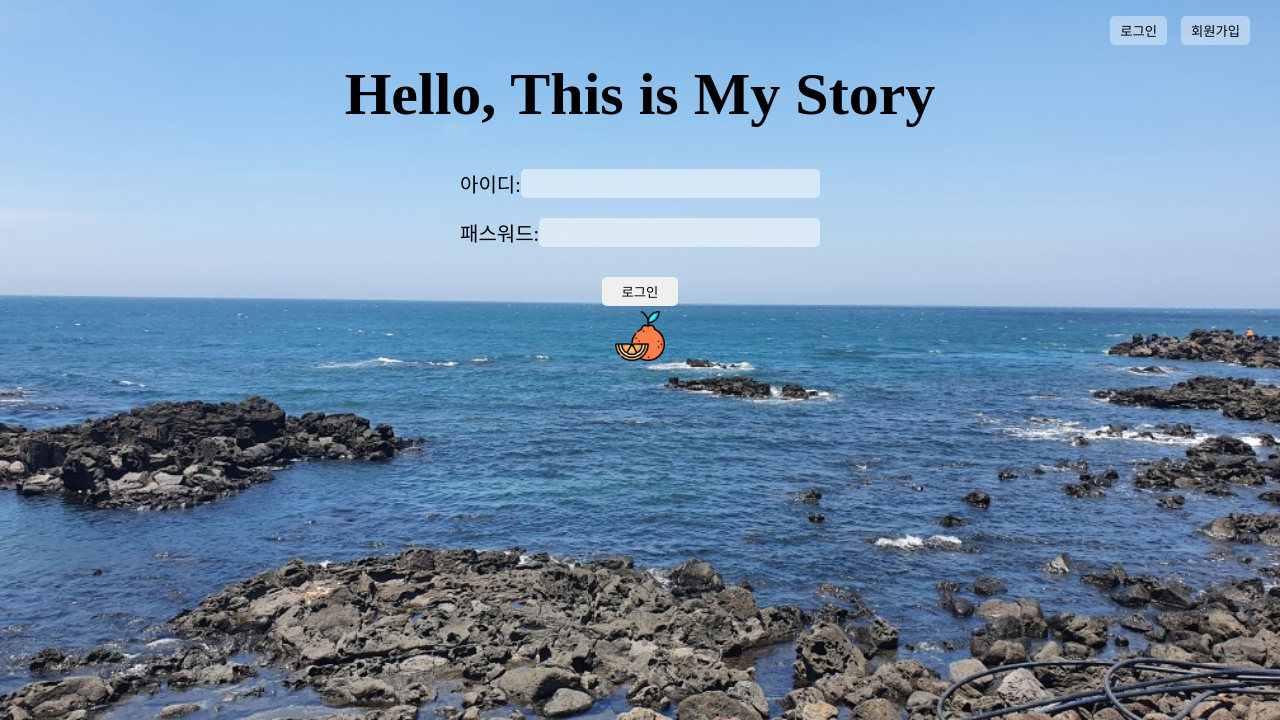
Repository: jeeniii/test2022_12_29
Page: http://localhost/portfolio/mem/login
The author's editor kept a copy of each file at every save. The page is drawn from the files as they stood at one save, then again after the next save.
The browser window is 1280 px wide. The pictures show the whole page.
The page is served by Tomcat 9. Other server files are loaded and not shown.

Above is the page before, as saved 2022-12-13 08:20:46.

### JSP_Portfolio/portfolio/src/main/webapp/member/login.jsp
<%@ page language="java" contentType="text/html; charset=UTF-8"
    pageEncoding="UTF-8"%>
<!DOCTYPE html>
<html>
<head>
<meta charset="UTF-8">
<title>Insert title here</title>
<link rel="stylesheet" href="/resources/css/login.css" type="text/css">
<%@ include file="/header.jsp" %>
</head>
<body>
<form action="/mem/login_auth" method="post">
<div class="l_put">
	<span>아이디:</span>
	 <input type="text" name="id">
</div>
<div class="l_put">
	<span>패스워드:</span>
	 <input type="password" name="pwd">
</div>
<div class="btndiv">
	<button type="submit" id="login">로그인</button>
</div>
</form>
<section>
</section>
<%@ include file="/footer.jsp" %>
</body>
</html>

### JSP_Portfolio/portfolio/src/main/webapp/header.jsp
<%@ page language="java" contentType="text/html; charset=UTF-8"
    pageEncoding="UTF-8"%>
    <%@ taglib uri="http://java.sun.com/jsp/jstl/core" prefix="c" %>
<!DOCTYPE html>
<html>
<head>
<meta charset="UTF-8">

<link rel="stylesheet" href="/resources/css/header.css" type="text/css">
</head>
<body>
	<header>
		<div class="realHeader">
			<div class="headbar">
				<ul>

					<c:if test="${ses.id ne null }">
						<li>
							${ses.nick_name }님
						</li>
						<li>
							<a href="/mem/logout?id=${ses.id }"><button type="button">로그아웃</button></a>
						</li>
						<li>
							<a href="/mem/modify?id=${ses.id }"><button type="button">회원정보수정</button></a>
						</li>
					</c:if>

					<c:if test="${ses.id eq null }">
						<li>
							<a href="/mem/login"><button type="button">로그인</button></a>
						</li>
						<li>
							<a href="/mem/join"><button type="button"> 회원가입</button></a>
						</li>
					</c:if>
				</ul>
			</div>
		</div>
		<div class="topic">
			<h1>Hello, This is My Story</h1>
		</div>
	</header>
</body>
</html>

### JSP_Portfolio/portfolio/src/main/webapp/footer.jsp
<%@ page language="java" contentType="text/html; charset=UTF-8"
    pageEncoding="UTF-8"%>
    <%@ taglib uri="http://java.sun.com/jsp/jstl/core" prefix="c" %>
<!DOCTYPE html>
<html>
<head>
<meta charset="UTF-8">
<title>Insert title here</title>
<link rel="stylesheet" href="/resources/css/footer.css" type="text/css">
</head>
<body>
<footer>
		<a href="/" id="hanlabtn"><button type="button"><img src="/resources/한라봉.png" id="hanlabong"></button></a>
</footer>
</body>
</html>

### JSP_Portfolio/portfolio/src/main/java/controller/MemberController.java
package controller;

import java.io.IOException;
import java.util.List;

import javax.servlet.RequestDispatcher;
import javax.servlet.ServletException;
import javax.servlet.annotation.WebServlet;
import javax.servlet.http.HttpServlet;
import javax.servlet.http.HttpServletRequest;
import javax.servlet.http.HttpServletResponse;
import javax.servlet.http.HttpSession;

import org.slf4j.Logger;
import org.slf4j.LoggerFactory;

import domain.MemberVO;
import service.MemberService;
import service.MemberServiceImpl;

@WebServlet("/mem/*")
public class MemberController extends HttpServlet {
	private static final long serialVersionUID = 1L;
	private Logger log=LoggerFactory.getLogger(MemberController.class);
    private MemberService msv;
    private RequestDispatcher rdp;
    private String destPage;
    private int isOk;

    public MemberController() {
    	msv=new MemberServiceImpl();
    }

	protected void service(HttpServletRequest req, HttpServletResponse res) throws ServletException, IOException {
		req.setCharacterEncoding("utf-8");
		res.setCharacterEncoding("utf-8");
		res.setContentType("text/html; charset=utf-8");

		String uri=req.getRequestURI();
		String path=uri.substring(uri.lastIndexOf("/")+1);
		log.info("uri>> "+uri);
		log.info("path>> "+path);

		switch(path) {
		case "login":
			destPage="/member/login.jsp";
			break;

		case "join":
			destPage="/member/join.jsp";

			break;

		case "register":
			try {
				log.info("register check1");
				MemberVO mvo=new MemberVO(
						req.getParameter("id"),
						req.getParameter("pwd"),
						req.getParameter("nick_name"),
						req.getParameter("phone"),
						req.getParameter("addr1")+req.getParameter("addr2"));
				System.out.println(mvo.getId()=="");
				System.out.println(mvo.getPwd()=="");
				System.out.println(mvo.getNick_name()=="");
				System.out.println(mvo.getPhone()=="");
				if(
						mvo.getId()==""||
						mvo.getPwd()==""||
						mvo.getNick_name()==""||
						mvo.getPhone()=="") {
					log.info("Resend check");
					req.setAttribute("msg_register", false);
					//res.sendRedirect("/");
					destPage="/";
					//return;
				}else {
					isOk=msv.register(new MemberVO(
							req.getParameter("id"),
							req.getParameter("pwd"),
							req.getParameter("nick_name"),
							req.getParameter("phone"),
							req.getParameter("addr1").concat(", ").concat(req.getParameter("addr2"))));
					//concate으로 addr1과 addr2를 이어 붙이면서 그 가운데에 ", "도 더해준다.
					if(isOk>0) {
						req.setAttribute("msg_register", true);
					}
					log.info("register check4");
					destPage="/";
				}
			} catch (Exception e) {
				log.info("register error");
				e.printStackTrace();
			}
			break;

		case "login_auth": //실제 로그인이 일어나는 케이스
			try {
				MemberVO mvo=msv.login(new MemberVO(req.getParameter("id"),req.getParameter("pwd")));
				log.info("login check");
				if(mvo != null) {
					//세션 가져오기. 연결된 세션이 없다면 새로 생성
					HttpSession ses=req.getSession();
					//ses로 mvo를 바인딩
					ses.setAttribute("ses", mvo);
					ses.setMaxInactiveInterval(10*60);
					req.setAttribute("msg_login", true);
				}else {
					req.setAttribute("msg_login", false);
				}
				destPage="/";
			} catch (Exception e) {
				log.info("login_auth error");
				e.printStackTrace();
			}
			break;

		case "logout":
			try {
				HttpSession ses=req.getSession();
				ses.invalidate(); //무효화하다
				//로그인 정보 id를 주고 로그인 시간 update
				isOk=msv.lastLogin(req.getParameter("id"));
				log.info("check1");
				log.info("logout>> :"+(isOk>0?"Ok":"Fail"));
				destPage="/";
			} catch (Exception e) {
				log.info("logout error");
				e.printStackTrace();
			}
			break;

		case "list":
			try {
				log.info("list 1");
				List<MemberVO> list=msv.getList();
				req.setAttribute("list", list);
				log.info("list 4");
				destPage="/member/list.jsp";
			} catch (Exception e) {
				log.info("list error");
				e.printStackTrace();
			}
			break;

		case "modify":
			try {
				log.info("modify1");
				String id=req.getParameter("id");
				MemberVO mvo=msv.modify(id);
				req.setAttribute("mvo", mvo);
				log.info("modify4");
				destPage="/member/modify.jsp";
			} catch (Exception e) {
				log.info("modify error");
				e.printStackTrace();
			}
			break;

		case "update":
			try {
				log.info("update1");
				String id=req.getParameter("id");
				String pwd=req.getParameter("pwd");
				String nick_name=req.getParameter("nick_name");
				String phone=req.getParameter("phone");
				String addr=req.getParameter("addr1").concat(", ").concat(req.getParameter("addr2"));
				MemberVO mvo=new MemberVO(id,pwd,nick_name,phone,addr);
				isOk=msv.update(mvo);
				log.info("update4");
				if(isOk>0) {
					HttpSession ses=req.getSession();
					ses.setAttribute("ses", mvo);
					ses.setMaxInactiveInterval(10*60);
				}else {
					req.setAttribute("msg_update", 0);
				}
				log.info("controller update> "+(isOk>0?"ok":"fail"));
				destPage="/";
			} catch (Exception e) {
				log.info("update error");
				e.printStackTrace();
			}
			break;

		case "remove":
			try {
				log.info("remove1");
				String id=req.getParameter("id");
				HttpSession ses=req.getSession();
				ses.invalidate();
				isOk=msv.remove(id);
				destPage="/";
				log.info("remove4");
			} catch (Exception e) {
				log.info("remove error");
				e.printStackTrace();
				break;

			}
		default:
			break;
		}

		rdp=req.getRequestDispatcher(destPage);
		rdp.forward(req, res);
	}

	protected void doGet(HttpServletRequest request, HttpServletResponse response) throws ServletException, IOException {
		service(request, response);
	}

	protected void doPost(HttpServletRequest request, HttpServletResponse response) throws ServletException, IOException {
		service(request, response);
	}

}

### JSP_Portfolio/portfolio/src/main/java/service/MemberServiceImpl.java
package service;

import java.util.List;

import org.slf4j.Logger;
import org.slf4j.LoggerFactory;

import domain.MemberVO;
import repository.MemberDAO;
import repository.MemberDAOImpl;

public class MemberServiceImpl implements MemberService {
	private static final Logger log=LoggerFactory.getLogger(MemberServiceImpl.class);
	private MemberDAO mdao;

	public MemberServiceImpl() {
		mdao=new MemberDAOImpl();
	}

	@Override
	public int register(MemberVO mvo) {
		log.info("register check2");
		return mdao.insert(mvo);
	}

	@Override
	public MemberVO login(MemberVO mvo) {
		log.info("login check2");
		return mdao.selectOne(mvo);
	}

	@Override
	public int lastLogin(String id) {
		log.info("logout check2");
		return mdao.update(id);
	}

	@Override
	public List<MemberVO> getList() {
		log.info("list check2");
		return mdao.seletList();
	}

	@Override
	public MemberVO modify(String id) {
		log.info("modify check2");
		return mdao.modify(id);
	}

	@Override
	public int update(MemberVO mvo) {
		log.info("update check2");
		return mdao.update(mvo);
	}

	@Override
	public int remove(String id) {
		log.info("remove2");
		return mdao.delete(id);
	}

}

### JSP_Portfolio/portfolio/src/main/java/repository/MemberDAO.java
package repository;

import java.util.List;

import domain.MemberVO;

public interface MemberDAO {

	int insert(MemberVO mvo);

	MemberVO selectOne(MemberVO mvo);

	int update(String id);

	List<MemberVO> seletList();

	MemberVO modify(String id);

	int update(MemberVO mvo);

	int delete(String id);

}

### JSP_Portfolio/portfolio/src/main/java/repository/MemberDAOImpl.java
package repository;


import java.util.List;

import org.apache.ibatis.session.SqlSession;
import org.slf4j.Logger;
import org.slf4j.LoggerFactory;

import domain.MemberVO;
import orm.DataBaseBuilder;

public class MemberDAOImpl implements MemberDAO {
	private static final Logger log=LoggerFactory.getLogger(MemberDAOImpl.class);
	private SqlSession sql;
	private final String NS="MemberMapper.";

	public MemberDAOImpl() {
		new DataBaseBuilder();
		sql=DataBaseBuilder.getFactory().openSession();
	}

	@Override
	public int insert(MemberVO mvo) {
		log.info("check");
		int isOk=sql.insert(NS+"add",mvo);
		if(isOk>0) {
			sql.commit();
		}
		log.info("register check3");
		return isOk;
	}

	@Override
	public MemberVO selectOne(MemberVO mvo) {
		log.info("login check3");
		return sql.selectOne(NS+"login",mvo);
	}

	@Override
	public int update(String id) {
		int isOk=sql.update(NS+"last",id);
		if(isOk>0) {
			sql.commit();
		}
		log.info("logout check3");
		return isOk;
	}

	@Override
	public List<MemberVO> seletList() {
		log.info("list check3");
		return sql.selectList(NS+"list");
	}

	@Override
	public MemberVO modify(String id) {
		log.info("modify check3");
		return sql.selectOne(NS+"modify",id);
	}

	@Override
	public int update(MemberVO mvo) {
		int isOk=sql.update(NS+"update",mvo);
		if(isOk>0) {
			sql.commit();
		}
		log.info("update check3");
		return isOk;
	}

	@Override
	public int delete(String id) {
		log.info("remove3");
		int isOk=sql.delete(NS+"delete",id);
		if(isOk>0) {
			sql.commit();
		}
		return isOk;
	}

}

### JSP_Portfolio/portfolio/src/main/java/orm/DataBaseBuilder.java
package orm;

import org.apache.ibatis.io.Resources;
import org.apache.ibatis.session.SqlSessionFactory;
import org.apache.ibatis.session.SqlSessionFactoryBuilder;

public class DataBaseBuilder {
	private static SqlSessionFactory factory;

	static {
		try {
			factory=new SqlSessionFactoryBuilder().build(Resources.getResourceAsReader("orm/MybatisConfig.xml"));
		} catch (Exception e) {
			System.out.println("mybatis error");
			e.printStackTrace();
		}
	}
	public static SqlSessionFactory getFactory() {
		return factory;
	}

}

### JSP_Portfolio/portfolio/src/main/java/domain/MemberVO.java
package domain;

public class MemberVO {
	/*create table member3 (
	id varchar(100) not null,
	pwd varchar(100) not null,
	nick_name varchar(100) not null,
	reg_at datetime default current_timestamp,
	last_login datetime not null,
	primary key(id));*/
	private String id;
	private String pwd;
	private String nick_name;
	private String phone;
	private String addr;
	private String reg_at;
	private String last_login;

	public MemberVO() {}

	//login(id,pwd)
	public MemberVO(String id,String pwd) {
		this.id=id;
		this.pwd=pwd;
	}
	//join,modify(id,pwd,nick_name)
	public MemberVO(String id,String pwd,String nick_name,String phone,String addr) {
		this.id=id;
		this.pwd=pwd;
		this.nick_name=nick_name;
		this.phone=phone;
		this.addr=addr;
	}
	//list(all)
	public MemberVO(String id,String pwd,String nick_name,String phone,String addr,String reg_at,String last_login) {
		this.id=id;
		this.pwd=pwd;
		this.nick_name=nick_name;
		this.phone=phone;
		this.addr=addr;
		this.reg_at=reg_at;
		this.last_login=last_login;
	}

	public String getId() {
		return id;
	}

	public void setId(String id) {
		this.id = id;
	}

	public String getPwd() {
		return pwd;
	}

	public void setPwd(String pwd) {
		this.pwd = pwd;
	}

	public String getNick_name() {
		return nick_name;
	}

	public void setNick_name(String nick_name) {
		this.nick_name = nick_name;
	}

	public String getReg_at() {
		return reg_at;
	}

	public void setReg_at(String reg_at) {
		this.reg_at = reg_at;
	}

	public String getLast_login() {
		return last_login;
	}

	public void setLast_login(String last_login) {
		this.last_login = last_login;
	}

	public String getPhone() {
		return phone;
	}

	public void setPhone(String phone) {
		this.phone = phone;
	}

	public String getAddr() {
		return addr;
	}

	public void setAddr(String addr) {
		this.addr = addr;
	}

}

### JSP_Portfolio/portfolio/src/main/java/domain/BoardVO.java
package domain;

public class BoardVO {
	private int bno;
	private String title;
	private String writer;
	private String content;
	private String reg_date;
	private int read_count;
	private String image_file;

	public BoardVO() {}

	//insert(title,writer,content)
	public BoardVO(String title,String writer,String content) {
		this.title=title;
		this.writer=writer;
		this.content=content;
	}
	//list(bno,title,writer,reg_date,read_count)
	public BoardVO(int bno,String title,String writer,String reg_date,int read_count) {
		this.bno=bno;
		this.title=title;
		this.writer=writer;
		this.reg_date=reg_date;
		this.read_count=read_count;
	}
	//update(bno,title,content)
	public BoardVO(int bno,String title,String content) {
		this.bno=bno;
		this.title=title;
		this.content=content;
	}
	//count(bno,read_count)
	public BoardVO(int bno,int read_count) {
		this.bno=bno;
		this.read_count=read_count;
	}

	public int getBno() {
		return bno;
	}

	public void setBno(int bno) {
		this.bno = bno;
	}

	public String getTitle() {
		return title;
	}

	public void setTitle(String title) {
		this.title = title;
	}

	public String getWriter() {
		return writer;
	}

	public void setWriter(String writer) {
		this.writer = writer;
	}

	public String getContent() {
		return content;
	}

	public void setContent(String content) {
		this.content = content;
	}

	public String getReg_date() {
		return reg_date;
	}

	public void setReg_date(String reg_date) {
		this.reg_date = reg_date;
	}

	public int getRead_count() {
		return read_count;
	}

	public void setRead_count(int read_count) {
		this.read_count = read_count;
	}

	public String getImage_file() {
		return image_file;
	}

	public void setImage_file(String image_file) {
		this.image_file = image_file;
	}

}

### JSP_Portfolio/portfolio/src/main/java/domain/PagingVO.java
package domain;

public class PagingVO {
	private int pageNo;
	private int qty;

	public PagingVO() {
		this(1,5);
	}

	public PagingVO(int pageNo,int qty) {
		this.pageNo=pageNo;
		this.qty=qty;
	}

	public int getPageStart() {
		return (this.pageNo-1)*qty;
	}

	public void setPageNo(int pageNo) {
		this.pageNo = pageNo;
	}

	public int getQty() {
		return qty;
	}

	public void setQty(int qty) {
		this.qty = qty;
	}

	public int getPageNo() {
		return pageNo;
	}

}

### JSP_Portfolio/portfolio/src/main/webapp/resources/css/login.css
@charset "UTF-8";
form {
	width: 400px;
	margin: 0 auto;
	padding: 0px;
	margin-top: 30px;
}
.l_put{
	font-size: 20px;
	display: inline-flex;
	width: 100%;
	padding: 10px 20px;
}
.l_put>input{
	flex: 1 1 0%;
	border: 0px;
	padding: 5px 10px;
	border-radius: 5px;
	background-color: rgba(255, 255, 255, 0.503);
}
button[type="submit"]{
	border-radius: 5px;
	border: none;
	padding: 5px 20px;
}
.btndiv{
	margin-top:20px;
	width: 100%;
	display: flex;
	justify-content: center;
}

### JSP_Portfolio/portfolio/src/main/webapp/resources/css/header.css
@charset "UTF-8";
* {
    margin: 0;
    padding: 0;
    box-sizing: border-box;
}
body{
	width:100%;
	height:100%;
	background-image: url("/resources/제주 바다.jpg");
	background-repeat: no-repeat;
	background-size: cover;
}
.topic{
	text-align: center;
	font-size: 30px;
}
.realHeader{
	height: 60px;
}
.headbar{
	display: flex;
	align-items: center;
	float: right;
	padding: 0px 30px;
	height: 60px;
}
.headbar>ul{
    list-style-type: none;
}
.headbar>ul>li{
	display: inline;;
	margin-left: 10px;
	line-height: 30px;
	vertical-align: middle;
}
.headbar>ul>li>a{
	font-size: 20px;
	font-weight: 700px;
	color: black;
    text-decoration-line:none ;
}
button[type="button"]{
	border: 0px;
	padding: 5px 10px;
	border-radius: 5px;
	background-color: rgba(255, 255, 255, 0.377);
}

### JSP_Portfolio/portfolio/src/main/webapp/resources/css/footer.css
@charset "UTF-8";
#hanlabong{
    width: 50px;
    height: 50px;
}

#hanlabtn{
	background-color: transparent;
	border:none;
	cursor: pointer;
}
#hanlabtn button{
	background-color: transparent;
	border:none;
	cursor: pointer;

}
#hanlabtn:hover{
	transform:scale(1.5);
  	transition: transform .5s;
}
footer{
	width: 100%;
	display: flex;
	justify-content: center;
}

After the next save:
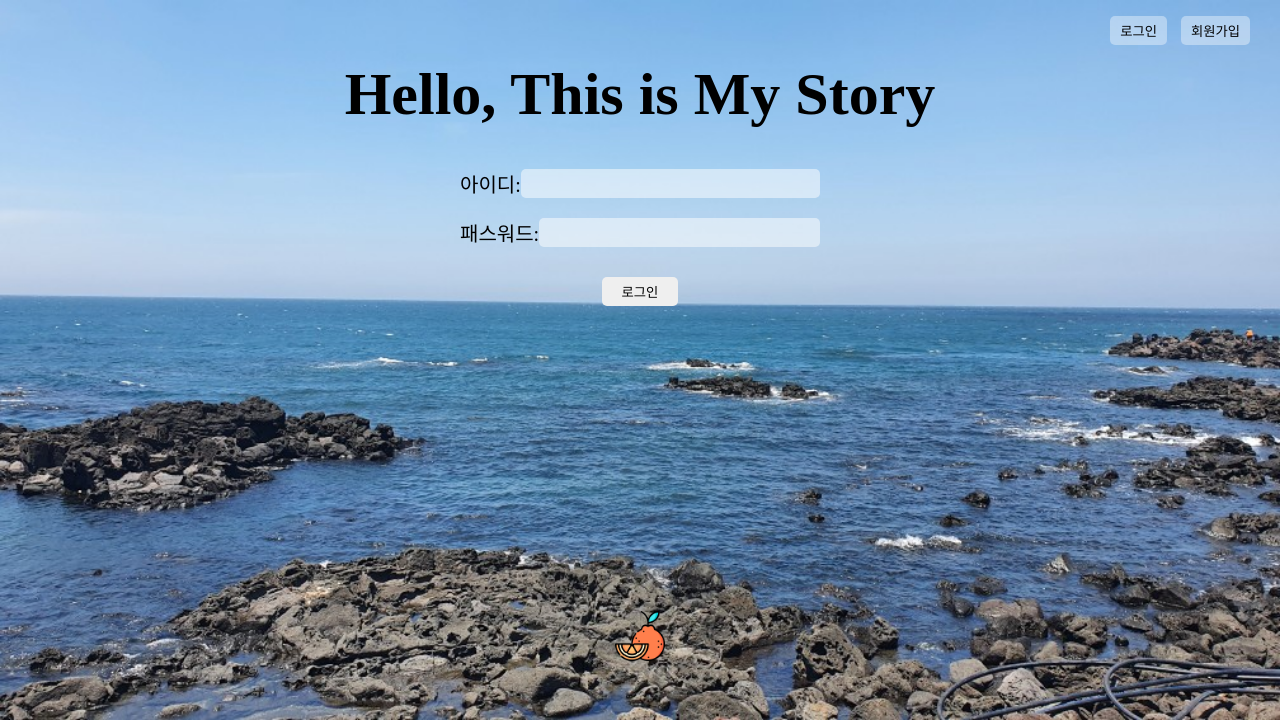
Saved 13 s later.
--- a/JSP_Portfolio/portfolio/src/main/webapp/resources/css/login.css
+++ b/JSP_Portfolio/portfolio/src/main/webapp/resources/css/login.css
@@ -29,3 +29,6 @@ button[type="submit"]{
 	display: flex;
 	justify-content: center;
 }
+section{
+	min-height: 300px;
+}
